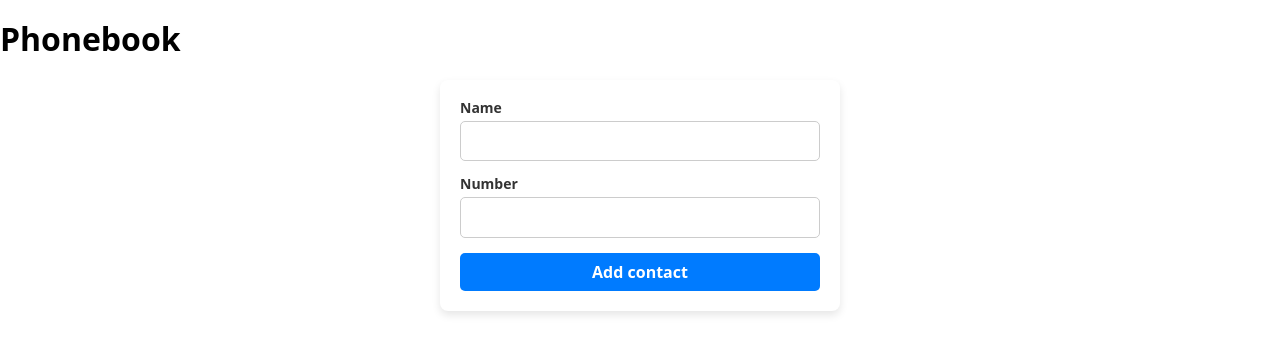
Repository: Evgeniya-Tishakova/goit-react-hw-03
Page: /
An editor plug-in stored every save of this project. The page is shown before and after the next save, followed by the edit.
The browser window is 1280 px wide. The pictures show the whole page.
The project was rebuilt for these pictures with package versions that can differ from the ones it lists, and the page was loaded fresh each time. Also part of the build but not shown: vite.config.js, src/index.css, src/components/App/App.module.css, src/components/ContactList/ContactList.module.css, src/components/ContactList/ContactList.jsx.

Above is the page before, as saved 2025-03-08 00:13:10.

### src/main.jsx
import { StrictMode } from "react";
import { createRoot } from "react-dom/client";
import "./index.css";
import App from "./components/App/App";
import "modern-normalize";

createRoot(document.getElementById("root")).render(
  <StrictMode>
    <App />
  </StrictMode>
);

### src/components/App/App.jsx
import { useState } from "react";
import { nanoid } from "nanoid";

import { useId } from "react";

import css from "./App.module.css";
import ContactForm from "../ContactForm/ContactForm";
import ContactList from "../ContactList/ContactList";

export default function App() {
  const [users, setUsers] = useState([
    { id: "id-1", name: "Rosie Simpson", number: "459-12-56" },
    { id: "id-2", name: "Hermione Kline", number: "443-89-12" },
    { id: "id-3", name: "Eden Clements", number: "645-17-79" },
    { id: "id-4", name: "Annie Copeland", number: "227-91-26" },
  ]);
  const [filterContacts, setFilterContacts] = useState("");

  const addUsers = (newUser) => {
    setUsers((prevUsers) => {
      return [...prevUsers, newUser];
    });
  };

  const searchUsers = users.filter((user) => user.name.toLowerCase());

  return (
    <>
      <div className={css.container}>
        <h1 className={css.title}>Phonebook</h1>
        <ContactForm onAdd={addUsers} />
      </div>
    </>
  );
}

### src/components/ContactForm/ContactForm.jsx
import { Formik, Form, Field, ErrorMessage } from "formik";
import css from "./ContactForm.module.css";
import * as Yup from "yup";

const UserSchema = Yup.object().shape({
  name: Yup.string()
    .min(3, "Too Short!")
    .max(50, "Too Long!")
    .required("Required"),
  number: Yup.number()
    .min(3, "Too short")
    .max(50, "Too long")
    .required("Required"),
});

export default function ContactForm({ onAdd }) {
  const initialValues = {
    name: "",
    number: "",
  };

  const FeedbackForm = () => {};

  const handleSubmit = (values, actions) => {
    console.log("handleSubmit", values);

    onAdd(values);
    actions.resetForm();
  };

  return (
    <Formik
      initialValues={{ initialValues }}
      onSubmit={handleSubmit}
      validation={UserSchema}
    >
      <Form className={css.form} onSubmit={handleSubmit}>
        <div className={css.container}>
          <label className={css.label}>Name</label>
          <Field className={css.input} type="text" name="name" values />
          <ErrorMessage className={css.error} name="name" component="span" />
        </div>
        <div className={css.container}>
          <label className={css.label}>Number</label>
          <Field className={css.input} type="text" name="number" />
          <ErrorMessage className={css.error} name="number" component="span" />
        </div>

        <button className={css.button} type="submit">
          Add contact
        </button>
      </Form>
    </Formik>
  );
}

### src/components/ContactForm/ContactForm.module.css
.form {
    display: flex;
    flex-direction: column;
    align-items: center;
    gap: 15px;
    background-color: #fff;
    padding: 20px;
    border-radius: 8px;
    box-shadow: 0 4px 8px rgba(0, 0, 0, 0.1);
    max-width: 400px;
    margin: 0 auto;
}

.container {
    display: flex;
    flex-direction: column;
    width: 100%;
}


.label {
    font-size: 14px;
    font-weight: 600;
    color: #333;
    margin-bottom: 5px;
}

.input {
    width: 100%;
    padding: 10px;
    border: 1px solid #ccc;
    border-radius: 5px;
    font-size: 16px;
    transition: border 0.3s ease;
}

.input:focus {
    border-color: #007bff;
    outline: none;
}

.button {
    width: 100%;
    padding: 10px;
    background-color: #007bff;
    color: white;
    font-size: 16px;
    font-weight: bold;
    border: none;
    border-radius: 5px;
    cursor: pointer;
    transition: background 0.3s ease;
}

.button:hover {
    background-color: #0056b3;
}

.button:active {
    background-color: #004494;
}


.error {
    font-size: 14px;
    color: orangered;
}

Loaded but not shown: index.html (common file)

After the next save:
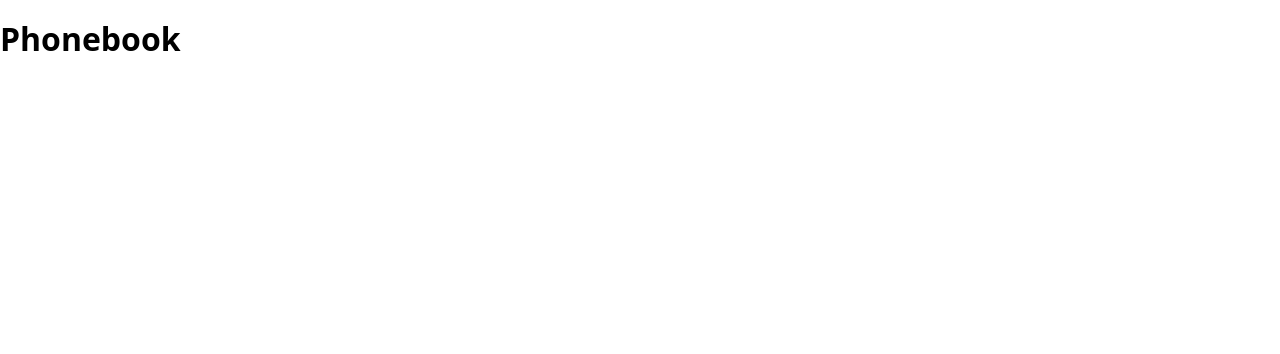
Saved 28 s later.
--- a/src/components/ContactForm/ContactForm.jsx
+++ b/src/components/ContactForm/ContactForm.jsx
@@ -34,22 +34,28 @@
       onSubmit={handleSubmit}
       validation={UserSchema}
     >
-      <Form className={css.form} onSubmit={handleSubmit}>
-        <div className={css.container}>
-          <label className={css.label}>Name</label>
-          <Field className={css.input} type="text" name="name" values />
-          <ErrorMessage className={css.error} name="name" component="span" />
-        </div>
-        <div className={css.container}>
-          <label className={css.label}>Number</label>
-          <Field className={css.input} type="text" name="number" />
-          <ErrorMessage className={css.error} name="number" component="span" />
-        </div>
+      {() => {
+        <Form className={css.form} onSubmit={handleSubmit}>
+          <div className={css.container}>
+            <label className={css.label}>Name</label>
+            <Field className={css.input} type="text" name="name" values />
+            <ErrorMessage className={css.error} name="name" component="span" />
+          </div>
+          <div className={css.container}>
+            <label className={css.label}>Number</label>
+            <Field className={css.input} type="text" name="number" />
+            <ErrorMessage
+              className={css.error}
+              name="number"
+              component="span"
+            />
+          </div>
 
-        <button className={css.button} type="submit">
-          Add contact
-        </button>
-      </Form>
+          <button className={css.button} type="submit">
+            Add contact
+          </button>
+        </Form>;
+      }}
     </Formik>
   );
 }

After the save that followed:
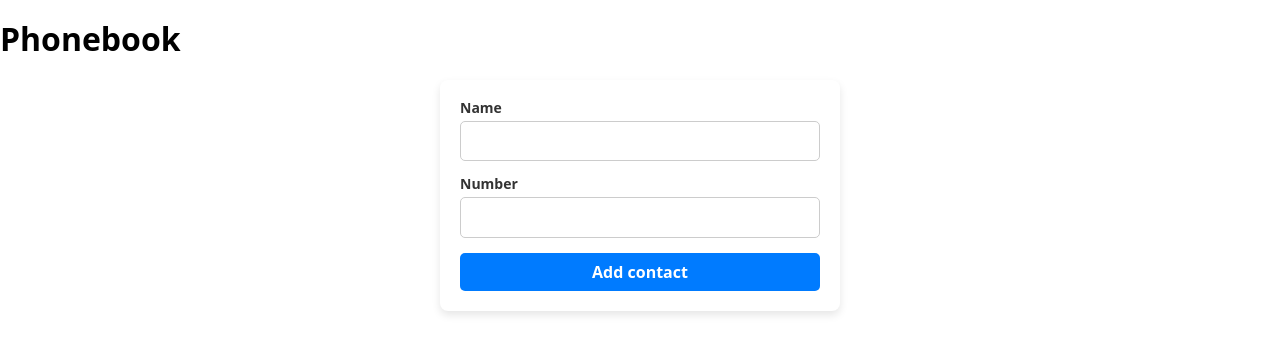
Saved 35 s later.
--- a/src/components/ContactForm/ContactForm.jsx
+++ b/src/components/ContactForm/ContactForm.jsx
@@ -34,7 +34,7 @@
       onSubmit={handleSubmit}
       validation={UserSchema}
     >
-      {() => {
+      {() => (
         <Form className={css.form} onSubmit={handleSubmit}>
           <div className={css.container}>
             <label className={css.label}>Name</label>
@@ -54,8 +54,8 @@
           <button className={css.button} type="submit">
             Add contact
           </button>
-        </Form>;
-      }}
+        </Form>
+      )}
     </Formik>
   );
 }
